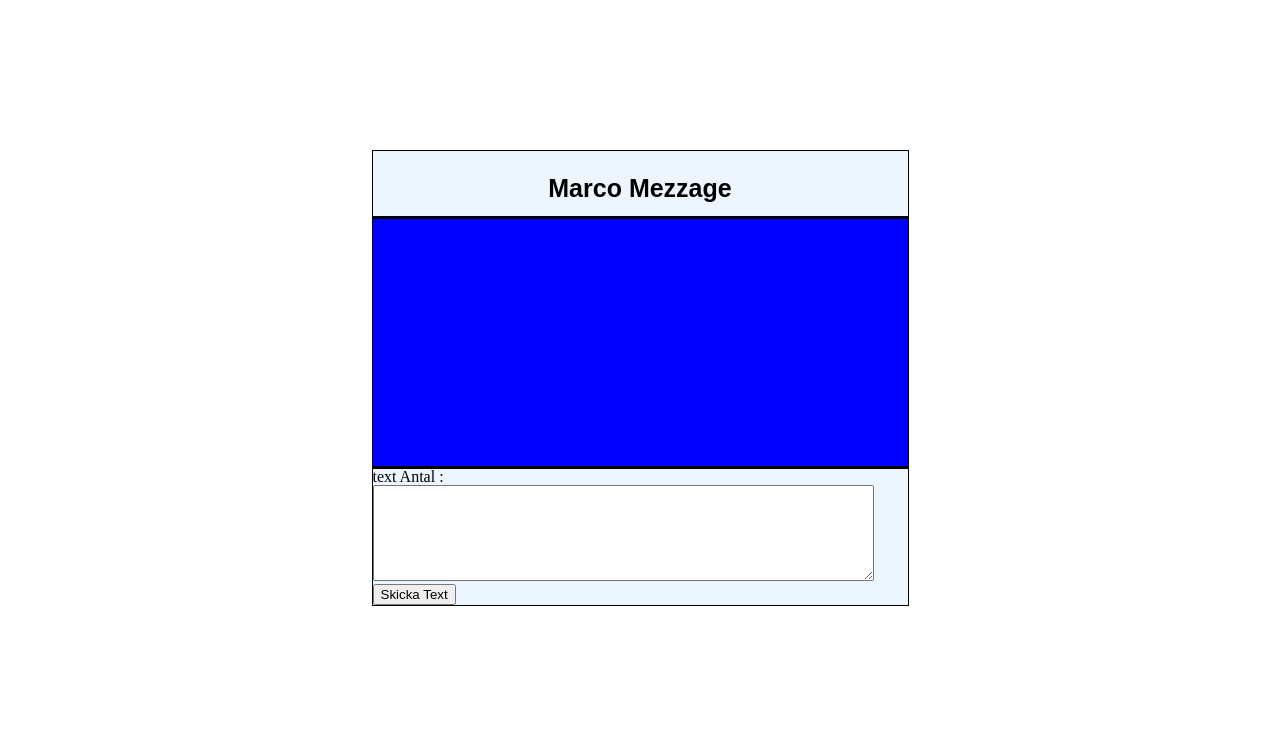
Repository: Marco30/1dv403-laborationer
Page: 2-labbymezzage/index.html
The author's editor kept a record of every edit. The page is drawn from the files as they stood at one moment, then again after the next edit.
The browser window is 1280 px wide. The pictures show the whole page.

Above is the page before.

### 2-labbymezzage/index.html
<!DOCTYPE html>

<html lang="sv">

<head>

	<meta charset="UTF-8" />

 	<title>Mezzage</title>

 	<link href="css/style.css" rel="stylesheet" type="text/css">

    <script src="js/Message.js"></script>

</head>

    <body>

        <div id="inramning"><!--*CSS läger text rutan i mitten-->

             <header><!--titel texten -->
                    <h1>Marco Mezzage</h1>
             </header>

           <main> <!--Alla meddelanden ska samlas här   -->

                <div id="textonpage"><!-- Här kommer jag lad in texten  -->

                </div>

                <div id="text">

                    <p>
                        <label id="count">text Antal : </label><!--Visar antal meddelanden som finns på sidan -->
                    </p>

                    <p>
                        <textarea id="text" cols="60" rows="6">
                        </textarea><!--Text ruta, där man kommer skriva in sina meddelanden -->
                    </p>

                    <button id="button">Skicka Text</button><!--Skicka Knapp, Man trycker på för att få upp meddelanden i sidan  -->

                </div>

           </main>

        </div>

    </body>
</html>

### 2-labbymezzage/css/style.css
 /* http://meyerweb.com/eric/tools/css/reset/
v2.0 | 20110126
License: none (public domain)
*/
html, body, div, span, applet, object, iframe,
h1, h2, h3, h4, h5, h6, p, blockquote, pre,
a, abbr, acronym, address, big, cite, code,
del, dfn, em, img, ins, kbd, q, s, samp,
small, strike, strong, sub, sup, tt, var,
b, u, i, center,
dl, dt, dd, ol, ul, li,
fieldset, form, label, legend,
table, caption, tbody, tfoot, thead, tr, th, td,
article, aside, canvas, details, embed,
figure, figcaption, footer, header, hgroup,
menu, nav, output, ruby, section, summary,
time, mark, audio, video {
margin: 0;
padding: 0;
border: 0;
font-size: 100%;
font: inherit;
vertical-align: baseline;
}
/* HTML5 display-role reset for older browsers */
article, aside, details, figcaption, figure,
footer, header, hgroup, menu, nav, section {
display: block;
}
body {
line-height: 1;
}
ol, ul {
list-style: none;
}
blockquote, q {
quotes: none;
}
blockquote:before, blockquote:after,
q:before, q:after {
content: '';
content: none;
}
table {
border-collapse: collapse;
border-spacing: 0;
}

/*Här börjar min CSS */

#inramning
{
width: 535px;
margin: 150px auto;
background-color: #EDF5FF;
border-top: 1px solid #000;
border-left: 1px solid #000;
border-right: 1px solid #000;
border-bottom: 1px solid #000;
}

header /* skappar rammen längs upp, den som har sidans namn */
{
height: 65px;
}

header H1 /* ger H1 följande egenskaper som alltid är bundna till header div */
{
font-weight: bold;
line-height: 74px;
text-align:center;
 font-family: ‘Lucida Sans Unicode’, ‘Lucida Grande’, sans-serif;
font-size: 25px;
color:black;
}

main
{

    height: auto;
    margin: auto;

}

#textruta
{
    height: 151px;
padding-top: 5px;
width: 528px;
background: #F00;
padding-left: 7px;
}

#textonpage
{
 margin: auto;
height: 247px;
background: none repeat scroll 0% 0% #00F;
border-top: 3px solid #000;
border-bottom: 3px solid #000;
}

### 2-labbymezzage/js/Message.js
"use strict";

function Message(message, date) //Konstruktor som har tvo privata variabler, vi använder get och set för att koma åt dem
{

    this.getText = function()// används för att hämta en text
    {
        return message;
    };

    this.setText = function(_text)// används för att lägga till en text
    {
        message = _text;
    };

    this.getDate = function()
    {
        return date;
    };

    this.setDate = function(_date)
    {
        date = _date;
    };
}

Message.prototype.toString = function()
{
    return this.getText()+" ("+this.getDate()+")";
};

 /*var mess = new Message("marco", new Date());
 alert(mess);
 alert(mess.getText());
 mess.setText("enn annan text");
 alert(mess);*/

After the next edit:
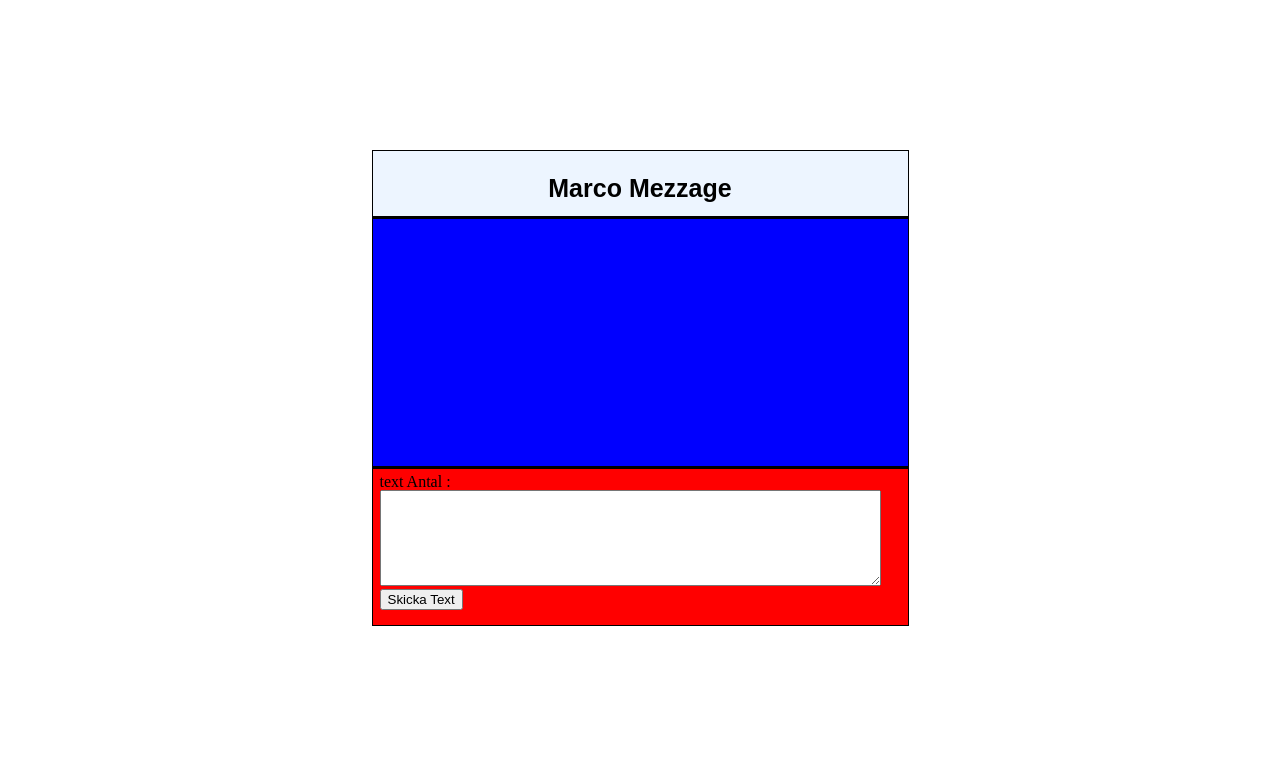
The edit:
--- a/2-labbymezzage/index.html
+++ b/2-labbymezzage/index.html
@@ -28,7 +28,7 @@
 
                 </div>
 
-                <div id="text">
+                <div id="textruta">
 
                     <p>
                         <label id="count">text Antal : </label><!--Visar antal meddelanden som finns på sidan -->
